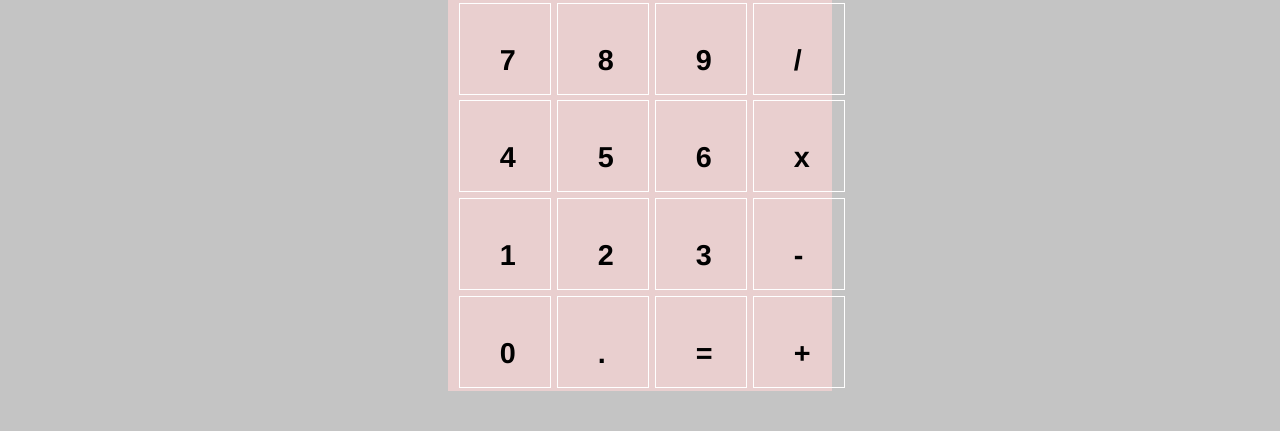
Repository: raulpenate/Calculadora-VUE3
Page: /
These files come from the project's save history. The page is drawn as it stood at one moment and after the next save; the edit follows.
The browser window is 1280 px wide. The pictures show the whole page.
The project was rebuilt for these pictures with package versions that can differ from the ones it lists, and the page was loaded fresh each time. Also part of the build but not shown: src/components/HelloWorld.vue.

Above is the page before, as saved 2022-03-11 08:50:38.

### src/App.vue
<template>
  <HelloWorld msg="Welcome to Your Vue.js App"/>
  <Calculator/>
</template>

<script>
import HelloWorld from './components/HelloWorld.vue'
import Calculator from './components/Calculator.vue'

export default {
  name: 'App',
  components: {
    Calculator
  }
}
</script>

<style>
#app {
  font-family: Avenir, Helvetica, Arial, sans-serif;
}
</style>

### src/components/Calculator.vue
<template>
  <div class="carcasa">
    <div class="pantalla"></div>
    <div class="fila">
        <div class="boton">7</div>
        <div class="boton">8</div>
        <div class="boton">9</div>
        <div class="boton">/</div>
    </div>
    <div class="fila">
        <div class="boton">4</div>
        <div class="boton">5</div>
        <div class="boton">6</div>
        <div class="boton">x</div>
    </div>
    <div class="fila">
        <div class="boton">1</div>
        <div class="boton">2</div>
        <div class="boton">3</div>
        <div class="boton">-</div>
    </div>
    <div class="fila">
        <div class="boton">0</div>
        <div class="boton">.</div>
        <div class="boton">=</div>
        <div class="boton">+</div>
    </div>
  </div>
</template>

<script>
export default {};
</script>

<style>
*{
    padding: 0;
    margin: 0;
    box-sizing: border-box;
}

body{
    background: #c4c4c4;
    margin: auto 35%;
}

.carcasa{
    background: rgb(233, 207, 207);
    display: flex;
    flex-flow: wrap column;
    justify-content: space-between;
}

.fila{
    font-weight: bold;
    display: flex;
    flex-flow: wrap row;
    justify-content: space-evenly;
    width: 400px;
    margin: 1%;
}

.boton{
    width: 90px;
    height: 90px;
    position: relative;
    font-size: 4vh;
    outline: 1px solid #fff;
    padding: 10%;
}


</style>

Loaded but not shown: public/index.html (common file); src/main.js (common file)

After the next save:
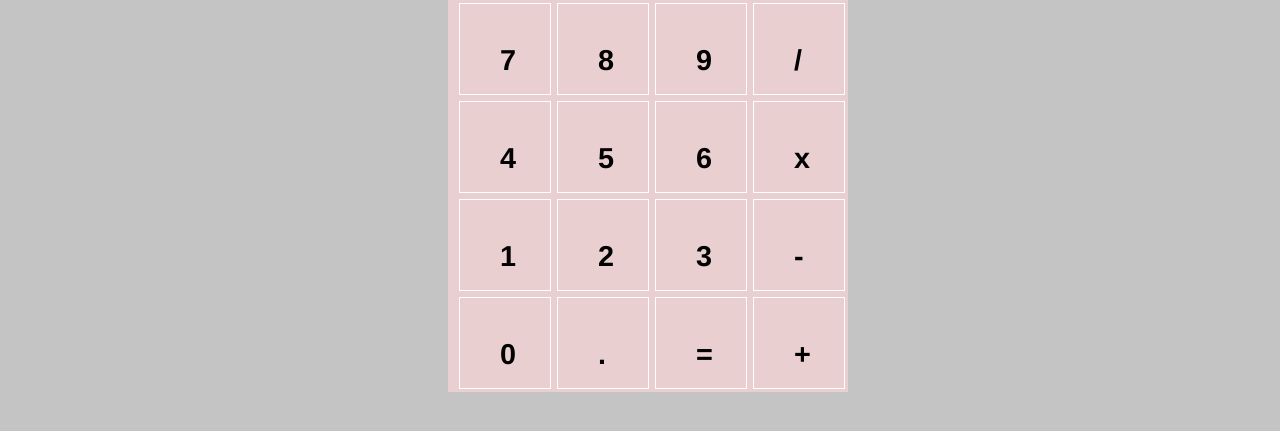
Saved 37 s later.
--- a/src/components/Calculator.vue
+++ b/src/components/Calculator.vue
@@ -49,6 +49,7 @@
     display: flex;
     flex-flow: wrap column;
     justify-content: space-between;
+        width: 400px;
 }
 
 .fila{

After the save that followed:
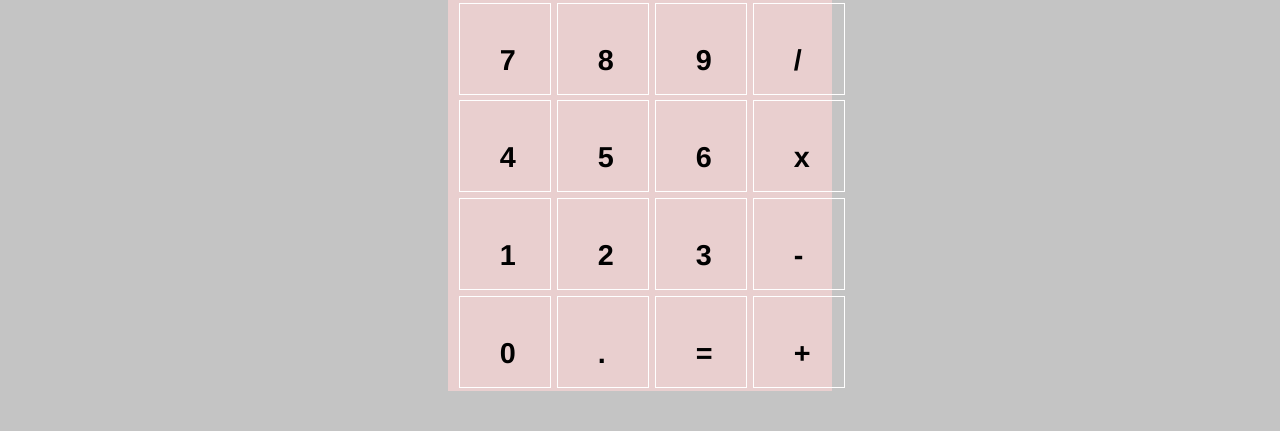
Saved 7 s later.
--- a/src/components/Calculator.vue
+++ b/src/components/Calculator.vue
@@ -49,7 +49,7 @@
     display: flex;
     flex-flow: wrap column;
     justify-content: space-between;
-        width: 400px;
+        width: 100%;
 }
 
 .fila{
